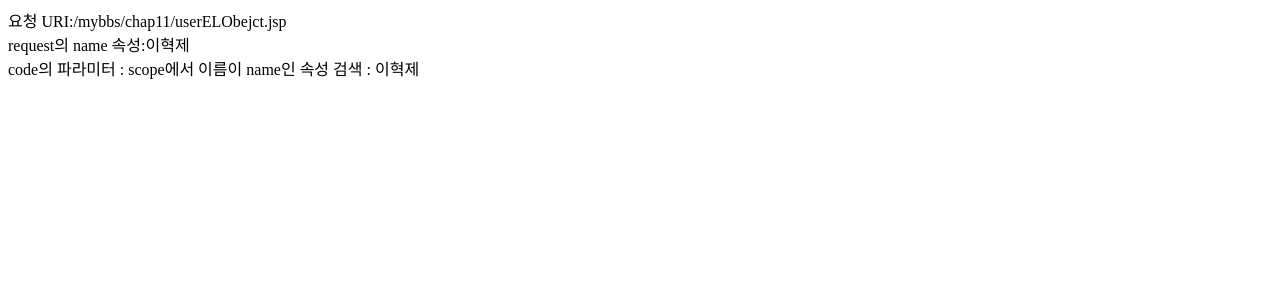
Repository: LeeHyukJe/LHJ
Page: http://localhost/mybbs/chap11/userELObejct.jsp
These files come from the project's save history. The page is drawn as it stood at one moment and after the next save; the edit follows.
The browser window is 1280 px wide. The pictures show the whole page.
The page is served by Tomcat 9. Other server files are loaded and not shown.

Above is the page before, as saved 2017-09-27 01:43:00.

### mybbs/WebContent/chap11/userELObejct.jsp
<%@ page language="java" contentType="text/html; charset=UTF-8"
    pageEncoding="UTF-8"%>
    <%
		request.setAttribute("name","이혁제");
	%>
<!DOCTYPE html PUBLIC "-//W3C//DTD HTML 4.01 Transitional//EN" "http://www.w3.org/TR/html4/loose.dtd">
<html>
<head>
<meta http-equiv="Content-Type" content="text/html; charset=UTF-8">
<title>Insert title here</title>
</head>
<body>
	요청 URI:${pageContext.request.requestURI }<br>
	request의 name 속성:${requestScope.name}<br>
	code의 파라미터 : ${param.code}
	scope에서 이름이 name인 속성 검색 : ${name }
</body>
</html>

After the next save:
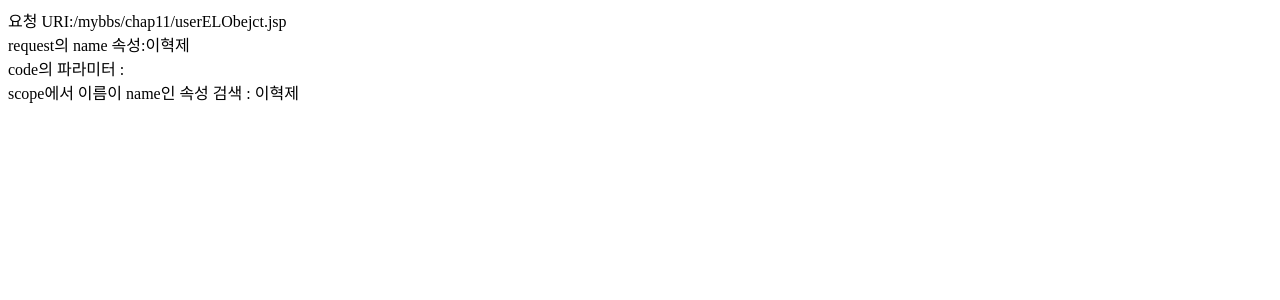
Saved 19 s later.
--- a/mybbs/WebContent/chap11/userELObejct.jsp
+++ b/mybbs/WebContent/chap11/userELObejct.jsp
@@ -12,7 +12,7 @@
 <body>
 	요청 URI:${pageContext.request.requestURI }<br>
 	request의 name 속성:${requestScope.name}<br>
-	code의 파라미터 : ${param.code}
+	code의 파라미터 : ${param.code}</br>
 	scope에서 이름이 name인 속성 검색 : ${name }
 </body>
 </html>
